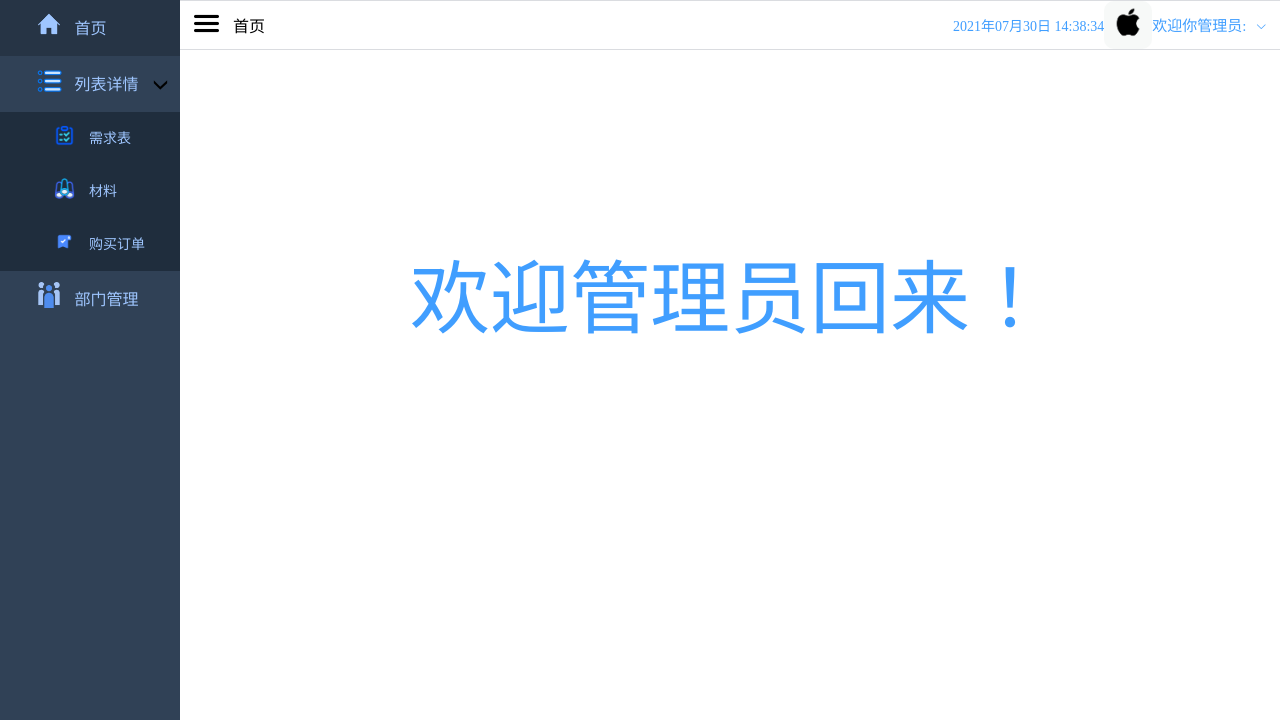
Repository: 572031690/fwwb-proj
Page: /#/home
These files come from the project's save history. The page is drawn as it stood at one moment and after the next save; the edit follows.
The browser window is 1280 px wide. The pictures show the whole page.
The project was rebuilt for these pictures with package versions that can differ from the ones it lists, and the page was loaded fresh each time. Also part of the build but not shown: vue.config.js, src/unusercom/EditData.vue, src/components/Adddata.vue, src/view/home/User.vue, src/components/Drawer.vue, src/view/home/Body.vue, src/view/home/Item.vue, src/view/home/Buy.vue and 3 more.

Above is the page before, as saved 2021-08-12 19:23:20.

After the next save:
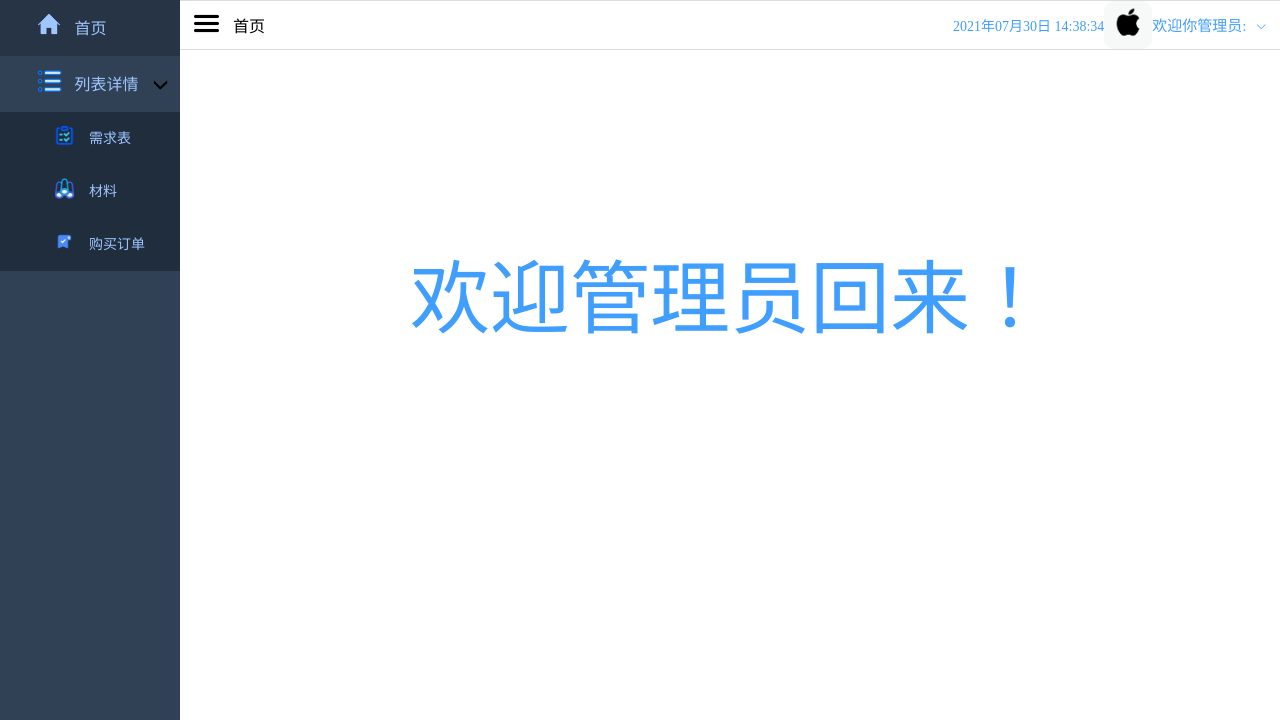
Saved 43 s later.
--- a/src/view/Home.vue
+++ b/src/view/Home.vue
@@ -363,11 +363,10 @@ export default {
     getAdminType() {
       // console.log(typeof this.departmentID)
       if (this.departmentID === "10000") {
+        this.routerList[2].showtab = true;
         this.routerList[3].showtab = true;
-        this.routerList[4].showtab = true;
       } else {
-        // this.routerList[4].showtab = false;
-        // console.log(this.routerList[4].showtab);
+        this.routerList[2].showtab = false;
         this.routerList[3].showtab = false;
       }
     },
